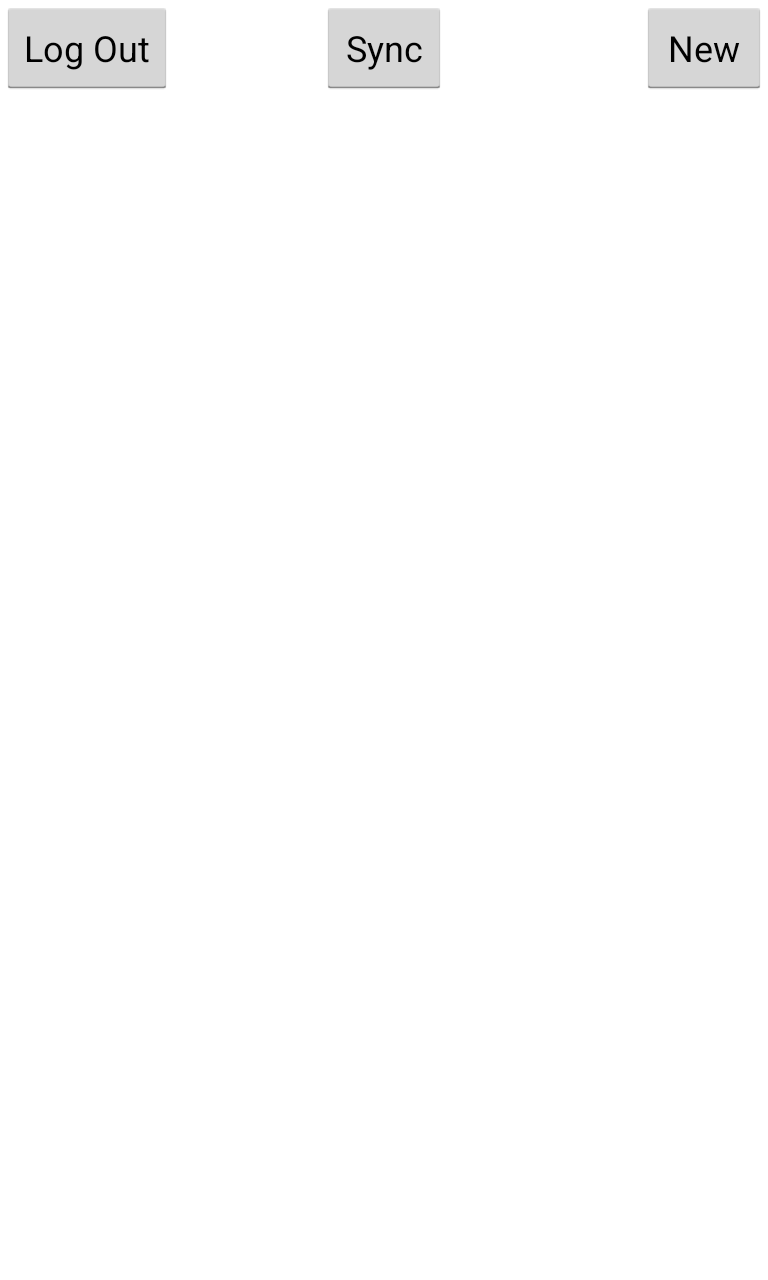
Repository: Dres90/TourngenWS
Layout: APP/Tourngen/res/layout/tournament_list.xml
The author's editor kept a copy of each file at every save. The layout is drawn from the files as they stood at one save, then again after the next save.
It is drawn on a 768 x 1280 px phone screen (xhdpi) without system bars, with theme AppTheme; the app's code is not run. Lists and similar views that code fills are empty.

Above is the layout before, as saved 2014-04-11 20:09:57.

### APP/Tourngen/res/layout/tournament_list.xml
<?xml version="1.0" encoding="utf-8"?>
<GridLayout xmlns:android="http://schemas.android.com/apk/res/android"
    android:layout_width="match_parent"
    android:layout_height="match_parent"
    android:columnCount="1" >

    <ListView
        android:id="@android:id/list"
        android:layout_width="match_parent"
        android:layout_column="0"
        android:layout_gravity="left|top"
        android:layout_row="3"
        android:text="List" >
    </ListView>

    <Button
        android:id="@+id/logout"
        android:layout_column="0"
        android:layout_gravity="left|top"
        android:layout_row="1"
        android:text="Log Out"
        android:onClick="logout" />

    <Button
        android:id="@+id/sync"
        android:layout_column="0"
        android:layout_gravity="center_horizontal|top"
        android:layout_row="1"
        android:text="Sync" />

    <Button
        android:id="@+id/newTournament"
        android:layout_column="0"
        android:layout_gravity="right|top"
        android:layout_row="1"
        android:text="New" />

</GridLayout>

### APP/Tourngen/res/values/strings.xml
<?xml version="1.0" encoding="utf-8"?>
<resources>

    <string name="app_name">Tourngen</string>
    <string name="hello_world">Hello world!</string>
    <string name="action_settings">Settings</string>
    <string name="log_in">Log in</string>
    <string name="sign_up">Sign Up</string>
    <string name="username">Username</string>
    <string name="password">Password</string>
    <string name="log_out">Log Out</string>
    <string name="sync">Synchronize</string>
    <string name="first_name">First Name</string>
    <string name="last_name">Last Name</string>
    <string name="e_mail">E-mail</string>

</resources>

Loaded but not shown: APP/Tourngen/res/values/styles.xml (common file); APP/Tourngen/res/values-v11/styles.xml (common file); APP/Tourngen/res/values-v14/styles.xml (common file)

After the next save:
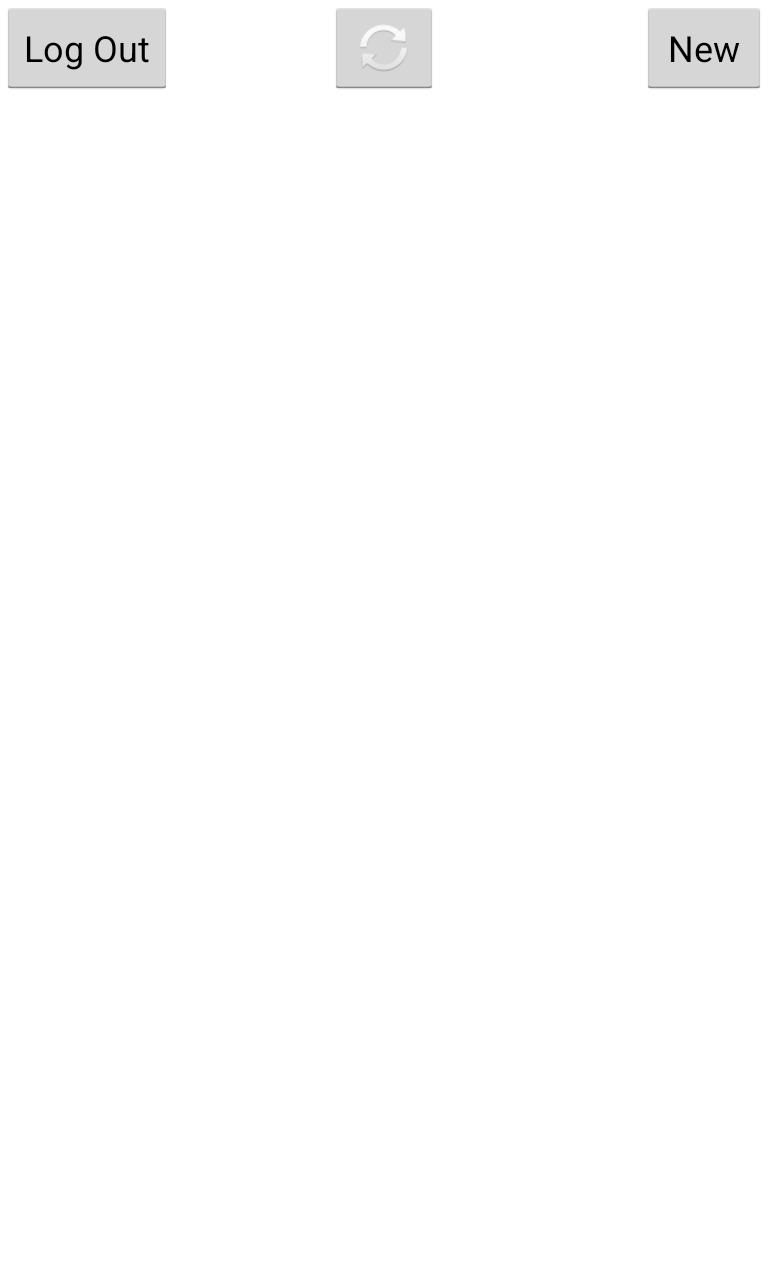
Saved 70 s later.
--- a/APP/Tourngen/res/layout/tournament_list.xml
+++ b/APP/Tourngen/res/layout/tournament_list.xml
@@ -18,15 +18,8 @@
         android:layout_column="0"
         android:layout_gravity="left|top"
         android:layout_row="1"
-        android:text="Log Out"
-        android:onClick="logout" />
-
-    <Button
-        android:id="@+id/sync"
-        android:layout_column="0"
-        android:layout_gravity="center_horizontal|top"
-        android:layout_row="1"
-        android:text="Sync" />
+        android:onClick="logout"
+        android:text="@string/log_out" />
 
     <Button
         android:id="@+id/newTournament"
@@ -35,4 +28,12 @@
         android:layout_row="1"
         android:text="New" />
 
+    <ImageButton
+        android:id="@+id/imageButton1"
+        android:layout_column="0"
+        android:layout_gravity="top|center_horizontal"
+        android:layout_row="1"
+        android:contentDescription="@string/sync"
+        android:src="@android:drawable/ic_popup_sync" />
+
 </GridLayout>
